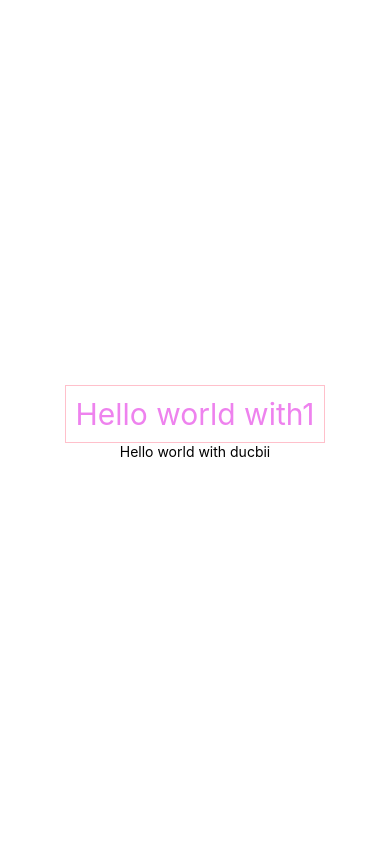
Repository: Ducbii4202/React-Native
Screen: /review-detail
These files come from the project's save history. The screen is drawn as it stood at one moment and after the next save; the edit follows.
The app was drawn by React Native's web renderer in a window 390 px wide. The project was rebuilt for these pictures with package versions that can differ from the ones it lists, and the page was loaded fresh each time.

Above is the screen before, as saved 2024-09-12 16:24:38.

After the next save:
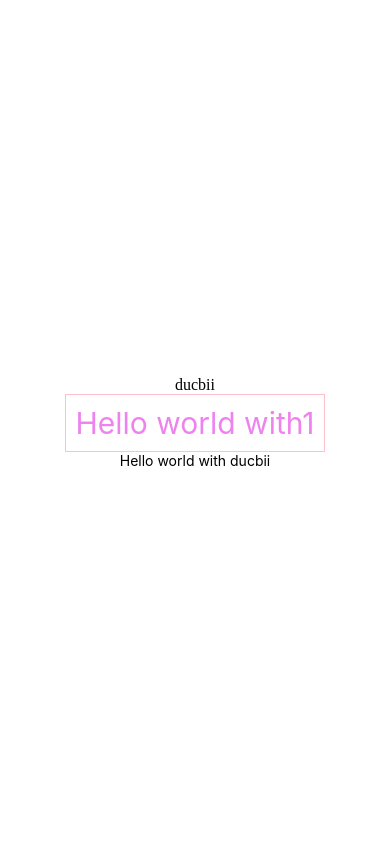
Saved 56 s later.
--- a/App.tsx
+++ b/App.tsx
@@ -4,6 +4,9 @@ import { StyleSheet, Text, View } from 'react-native';
 export default function App() {
   return (
     <View style={styles.container}>
+      <View>
+        ducbii
+      </View>
       <Text style={styles.hello1}>Hello world with1</Text>
       <Text>Hello world with ducbii</Text>
     </View>
@@ -22,6 +25,6 @@ const styles = StyleSheet.create({
     borderColor: "pink",
     borderWidth: 1,
     fontSize: 30,
-    padding:10
+    padding:10,
   }
 });
